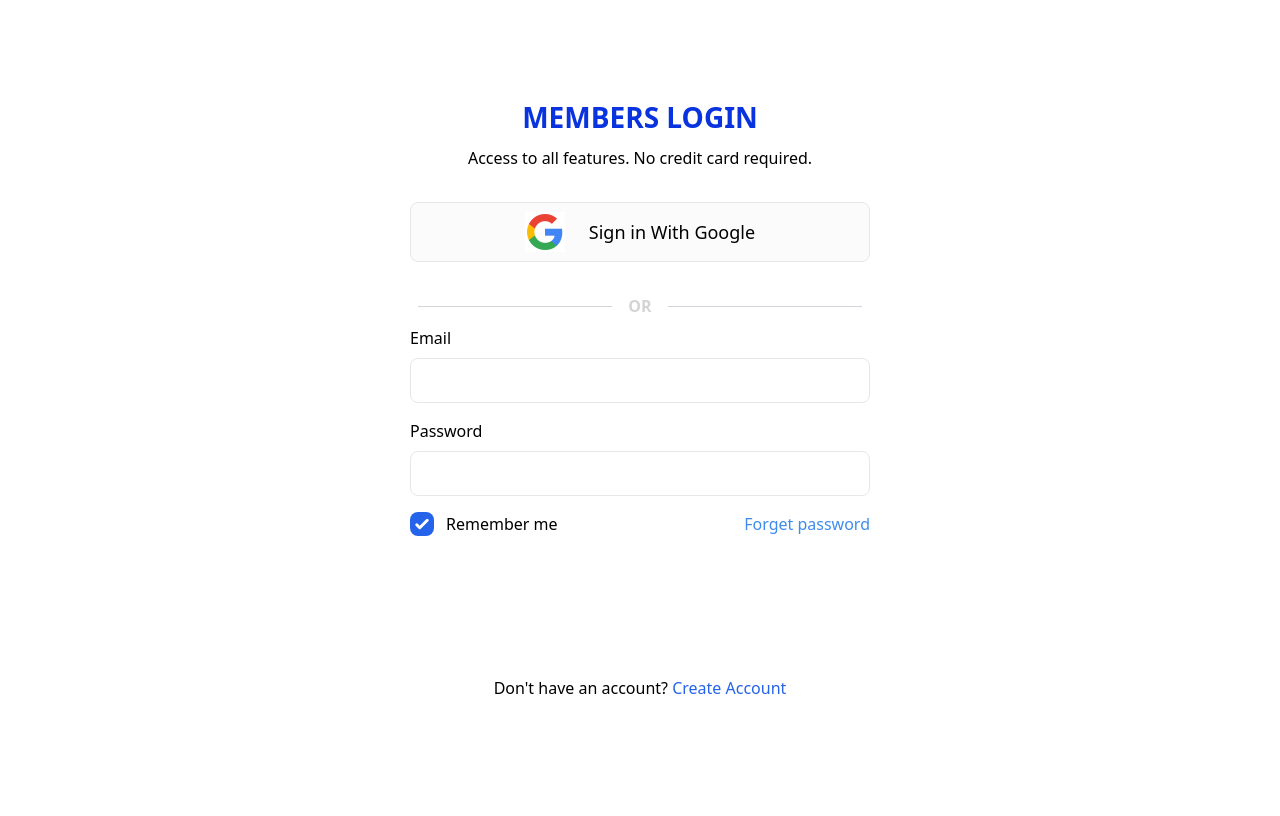
Repository: MaramMaryam/login
Page: login.html
An editor plug-in stored every save of this project. The page is shown before and after the next save, followed by the edit.
The browser window is 1280 px wide. The pictures show the whole page.
Some web libraries are served in a nearby version.

Above is the page before, as saved 2023-06-29 12:20:00.

After the next save:
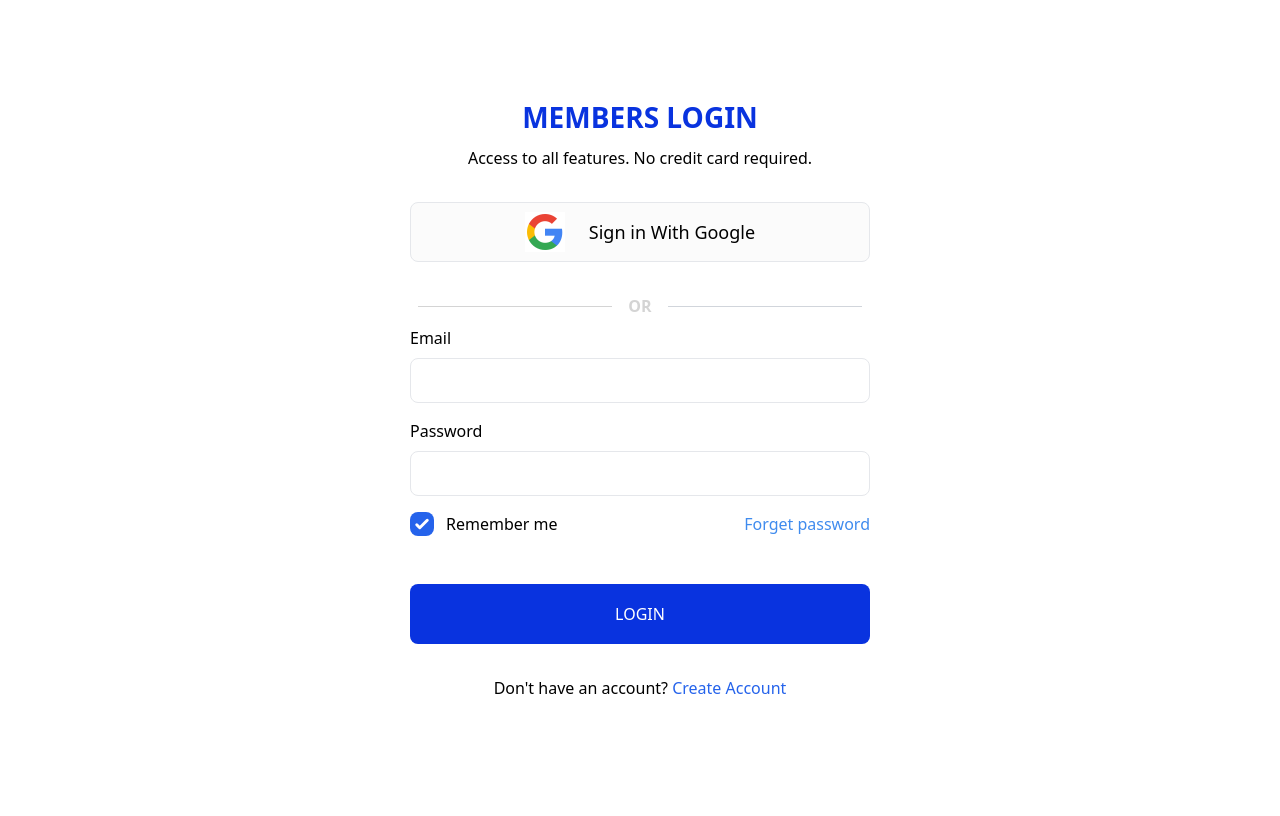
Saved 4 s later.
--- a/login.html
+++ b/login.html
@@ -73,7 +73,7 @@
                     Forget password
                 </a>
             </div>
-            <button class="h-[60px] w-full bg-[[#0933DF]] hover:opacity-80 mt-8 text-white uppercase rounded-lg" disabled>
+            <button class="h-[60px] w-full bg-[#0933DF] hover:opacity-80 mt-8 text-white uppercase rounded-lg" disabled>
                 <!-- Login Label -->
                 Login
             </button>
